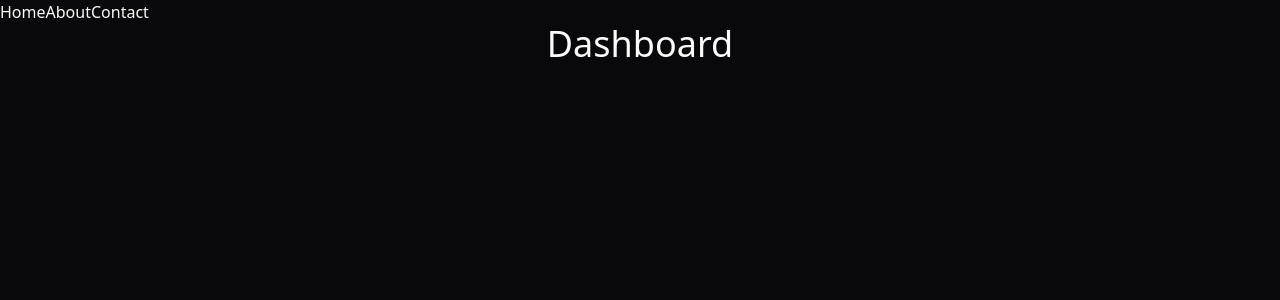
Repository: svoglimacci/recipe-app-tmp
Page: /app
These files come from the project's save history. The page is drawn as it stood at one moment and after the next save; the edit follows.
The browser window is 1280 px wide. The pictures show the whole page.
The project was rebuilt for these pictures with package versions that can differ from the ones it lists, and the page was loaded fresh each time. Also part of the build but not shown: vite.config.ts, src/components/Recipe.tsx, src/components/RecipeList.tsx, src/components/RecipeCard.tsx, src/views/Login.tsx, src/views/Landing.tsx, src/views/Home.tsx.

Above is the page before, as saved 2024-01-30 13:47:40.

### src/App.tsx
import { ThemeProvider } from "@/components/ui/theme-provider"
import { RouterProvider } from "react-router-dom"
import { router } from "@/router"

function App() {
  return (
    <ThemeProvider defaultTheme="dark" storageKey="vite-ui-theme">
    <RouterProvider router={router}/>
  </ThemeProvider>
  )
}

export default App

### src/components/ui/theme-provider.tsx
import { createContext, useContext, useEffect, useState } from "react"

type Theme = "dark" | "light" | "system"

type ThemeProviderProps = {
  children: React.ReactNode
  defaultTheme?: Theme
  storageKey?: string
}

type ThemeProviderState = {
  theme: Theme
  setTheme: (theme: Theme) => void
}

const initialState: ThemeProviderState = {
  theme: "system",
  setTheme: () => null,
}

const ThemeProviderContext = createContext<ThemeProviderState>(initialState)

export function ThemeProvider({
  children,
  defaultTheme = "system",
  storageKey = "vite-ui-theme",
  ...props
}: ThemeProviderProps) {
  const [theme, setTheme] = useState<Theme>(
    () => (localStorage.getItem(storageKey) as Theme) || defaultTheme
  )

  useEffect(() => {
    const root = window.document.documentElement

    root.classList.remove("light", "dark")

    if (theme === "system") {
      const systemTheme = window.matchMedia("(prefers-color-scheme: dark)")
        .matches
        ? "dark"
        : "light"

      root.classList.add(systemTheme)
      return
    }

    root.classList.add(theme)
  }, [theme])

  const value = {
    theme,
    setTheme: (theme: Theme) => {
      localStorage.setItem(storageKey, theme)
      setTheme(theme)
    },
  }

  return (
    <ThemeProviderContext.Provider {...props} value={value}>
      {children}
    </ThemeProviderContext.Provider>
  )
}

export const useTheme = () => {
  const context = useContext(ThemeProviderContext)

  if (context === undefined)
    throw new Error("useTheme must be used within a ThemeProvider")

  return context
}

### src/router/index.tsx
import { createBrowserRouter } from "react-router-dom";
import { Home, Login, Landing, Dashboard } from "@/views";
import { Recipe, RecipeList } from "@/components";

const router = createBrowserRouter([
  {
    path: "/",
    element: <Landing />,
  },
  {
    path: "/login",
    element: <Login />,
  },
  {
   path: "/app",
    element: <Dashboard />,
    children: [
      {
        path: "",
        element: <Home />,
      },
      {
        path: "recipes",
        element: <RecipeList />,
      },
      {
        path: "recipes/:id",
        element: <Recipe />,
      }
    ],
  }
])

export { router }

### src/views/index.tsx
import { Dashboard } from "./Dashboard";
import { Login } from "./Login";
import { Landing } from "./Landing";
import { Home } from "./Home";

export { Dashboard, Login, Landing, Home };

### src/components/index.tsx
import { Recipe } from "./Recipe";
import { RecipeList } from "./RecipeList";
import { RecipeCard } from "./RecipeCard";
import { DashboardHeader } from "./DashboardHeader";
import { MobileNav } from "./BurgerMenu";

export {
  Recipe,
  RecipeList,
  RecipeCard,
  DashboardHeader,
  MobileNav
}

### src/views/Dashboard.tsx
import { DashboardHeader } from '@/components';
import { Nav } from '@/components/Nav';


function Dashboard() {
  return (
    <>
    <div className="container relative p-0">
      <DashboardHeader />
      <div>
      <Nav />
      <main className="flex flex-col items-center justify-center">
        <h1 className="text-4xl text-primary">Dashboard</h1>
      </main>
      </div>
    </div>
    </>
  )
}

export { Dashboard };

### src/components/DashboardHeader.tsx
import { ModeToggle } from "./ui/mode-toggle";
import { MobileNav } from "./BurgerMenu";

function DashboardHeader() {
  return(

  <header className="flex sticky top-0 z-50 md:hidden bg-secondary justify-between">
    <MobileNav />
    <ModeToggle />
  </header>
  )
}

export { DashboardHeader  };

### src/components/BurgerMenu.tsx
import { Menu } from "lucide-react";
import { Sheet, SheetContent, SheetHeader, SheetTrigger } from "./ui/sheet";

import { Button } from "./ui/button";

function MobileNav() {
  return (
    <nav className="md:hidden">
    <Sheet>
  <SheetTrigger asChild><Button variant="ghost" size="icon"><Menu/></Button></SheetTrigger>
  <SheetContent side="left">
    <SheetHeader>

    </SheetHeader>
  </SheetContent>
</Sheet>
</nav>

  )
}

export { MobileNav  };

### src/components/Nav.tsx

function Nav() {
  return (
  <nav className="flex flex-row">
  <ul className="flex flex-row justify-between">
    <li className="text-primary">Home</li>
    <li className="text-primary">About</li>
    <li className="text-primary">Contact</li>
  </ul>
</nav>

  )
}

export { Nav  };

### src/components/ui/mode-toggle.tsx
import { Moon, Sun } from "lucide-react"

import { Button } from "@/components/ui/button"
import { useTheme } from "@/components/ui/theme-provider"

export function ModeToggle() {
  const { theme, setTheme } = useTheme()

  return (
    <Button
      aria-label="Toggle theme"
      onClick={() => setTheme(theme === "dark" ? "light" : "dark")}
      variant="ghost"
      size="icon"
    >
      <Sun className="h-[1.2rem] w-[1.2rem] rotate-0 scale-100 transition-all dark:-rotate-90 dark:scale-0" />
      <Moon className="absolute h-[1.2rem] w-[1.2rem] rotate-90 scale-0 transition-all dark:rotate-0 dark:scale-100" />
    </Button>
  )
}

### src/components/ui/sheet.tsx
import * as React from "react"
import * as SheetPrimitive from "@radix-ui/react-dialog"
import { cva, type VariantProps } from "class-variance-authority"
import { X } from "lucide-react"

import { cn } from "@/lib/utils"
import { Button } from "./button"

const Sheet = SheetPrimitive.Root

const SheetTrigger = SheetPrimitive.Trigger

const SheetClose = SheetPrimitive.Close

const SheetPortal = SheetPrimitive.Portal

const SheetOverlay = React.forwardRef<
  React.ElementRef<typeof SheetPrimitive.Overlay>,
  React.ComponentPropsWithoutRef<typeof SheetPrimitive.Overlay>
>(({ className, ...props }, ref) => (
  <SheetPrimitive.Overlay
    className={cn(
      "fixed inset-0 z-50 bg-black/80  data-[state=open]:animate-in data-[state=closed]:animate-out data-[state=closed]:fade-out-0 data-[state=open]:fade-in-0",
      className
    )}
    {...props}
    ref={ref}
  />
))
SheetOverlay.displayName = SheetPrimitive.Overlay.displayName

const sheetVariants = cva(
  "fixed z-50 gap-4 bg-background p-6 shadow-lg transition ease-in-out data-[state=open]:animate-in data-[state=closed]:animate-out data-[state=closed]:duration-300 data-[state=open]:duration-500",
  {
    variants: {
      side: {
        top: "inset-x-0 top-0 border-b data-[state=closed]:slide-out-to-top data-[state=open]:slide-in-from-top",
        bottom:
          "inset-x-0 bottom-0 border-t data-[state=closed]:slide-out-to-bottom data-[state=open]:slide-in-from-bottom",
        left: "inset-y-0 left-0 h-full w-3/4 border-r data-[state=closed]:slide-out-to-left data-[state=open]:slide-in-from-left sm:max-w-sm",
        right:
          "inset-y-0 right-0 h-full w-3/4  border-l data-[state=closed]:slide-out-to-right data-[state=open]:slide-in-from-right sm:max-w-sm",
      },
    },
    defaultVariants: {
      side: "right",
    },
  }
)

interface SheetContentProps
  extends React.ComponentPropsWithoutRef<typeof SheetPrimitive.Content>,
    VariantProps<typeof sheetVariants> {}

const SheetContent = React.forwardRef<
  React.ElementRef<typeof SheetPrimitive.Content>,
  SheetContentProps
>(({ side = "right", className, children, ...props }, ref) => (
  <SheetPortal>
    <SheetOverlay />
    <SheetPrimitive.Content
      ref={ref}
      className={cn(sheetVariants({ side }), className)}
      {...props}
    >
      {children}
      <SheetPrimitive.Close className="absolute right-4 top-4 rounded-sm opacity-70 ring-offset-background transition-opacity hover:opacity-100 focus:outline-none focus:ring-2 focus:ring-ring focus:ring-offset-2 disabled:pointer-events-none data-[state=open]:bg-secondary">
        <Button variant="ghost" size="icon">
        <X/>
        </Button>
        <span className="sr-only">Close</span>
      </SheetPrimitive.Close>
    </SheetPrimitive.Content>
  </SheetPortal>
))
SheetContent.displayName = SheetPrimitive.Content.displayName

const SheetHeader = ({
  className,
  ...props
}: React.HTMLAttributes<HTMLDivElement>) => (
  <div
    className={cn(
      "flex flex-col space-y-2 text-center sm:text-left",
      className
    )}
    {...props}
  />
)
SheetHeader.displayName = "SheetHeader"

const SheetFooter = ({
  className,
  ...props
}: React.HTMLAttributes<HTMLDivElement>) => (
  <div
    className={cn(
      "flex flex-col-reverse sm:flex-row sm:justify-end sm:space-x-2",
      className
    )}
    {...props}
  />
)
SheetFooter.displayName = "SheetFooter"

const SheetTitle = React.forwardRef<
  React.ElementRef<typeof SheetPrimitive.Title>,
  React.ComponentPropsWithoutRef<typeof SheetPrimitive.Title>
>(({ className, ...props }, ref) => (
  <SheetPrimitive.Title
    ref={ref}
    className={cn("text-lg font-semibold text-foreground", className)}
    {...props}
  />
))
SheetTitle.displayName = SheetPrimitive.Title.displayName

const SheetDescription = React.forwardRef<
  React.ElementRef<typeof SheetPrimitive.Description>,
  React.ComponentPropsWithoutRef<typeof SheetPrimitive.Description>
>(({ className, ...props }, ref) => (
  <SheetPrimitive.Description
    ref={ref}
    className={cn("text-sm text-muted-foreground", className)}
    {...props}
  />
))
SheetDescription.displayName = SheetPrimitive.Description.displayName

export {
  Sheet,
  SheetPortal,
  SheetOverlay,
  SheetTrigger,
  SheetClose,
  SheetContent,
  SheetHeader,
  SheetFooter,
  SheetTitle,
  SheetDescription,
}

### src/components/ui/button.tsx
import * as React from "react"
import { Slot } from "@radix-ui/react-slot"
import { cva, type VariantProps } from "class-variance-authority"

import { cn } from "@/lib/utils"

const buttonVariants = cva(
  "inline-flex items-center justify-center whitespace-nowrap rounded-md text-sm font-medium ring-offset-background transition-colors focus-visible:outline-none focus-visible:ring-2 focus-visible:ring-ring focus-visible:ring-offset-2 disabled:pointer-events-none disabled:opacity-50",
  {
    variants: {
      variant: {
        default: "bg-primary text-primary-foreground hover:bg-primary/90",
        destructive:
          "bg-destructive text-destructive-foreground hover:bg-destructive/90",
        outline:
          "border border-input bg-background hover:bg-accent hover:text-accent-foreground",
        secondary:
          "bg-secondary text-secondary-foreground hover:bg-secondary/80",
        ghost: "hover:bg-accent hover:text-accent-foreground",
        link: "text-primary underline-offset-4 hover:underline",
      },
      size: {
        default: "h-10 px-4 py-2",
        sm: "h-9 rounded-md px-3",
        lg: "h-11 rounded-md px-8",
        icon: "h-10 w-10",
      },
    },
    defaultVariants: {
      variant: "default",
      size: "default",
    },
  }
)

export interface ButtonProps
  extends React.ButtonHTMLAttributes<HTMLButtonElement>,
    VariantProps<typeof buttonVariants> {
  asChild?: boolean
}

const Button = React.forwardRef<HTMLButtonElement, ButtonProps>(
  ({ className, variant, size, asChild = false, ...props }, ref) => {
    const Comp = asChild ? Slot : "button"
    return (
      <Comp
        className={cn(buttonVariants({ variant, size, className }))}
        ref={ref}
        {...props}
      />
    )
  }
)
Button.displayName = "Button"

export { Button, buttonVariants }

Loaded but not shown: index.html (common file); src/main.tsx (common file); src/index.css (common file); src/lib/utils.ts (common file); tailwind.config.js (common file)

After the next save:
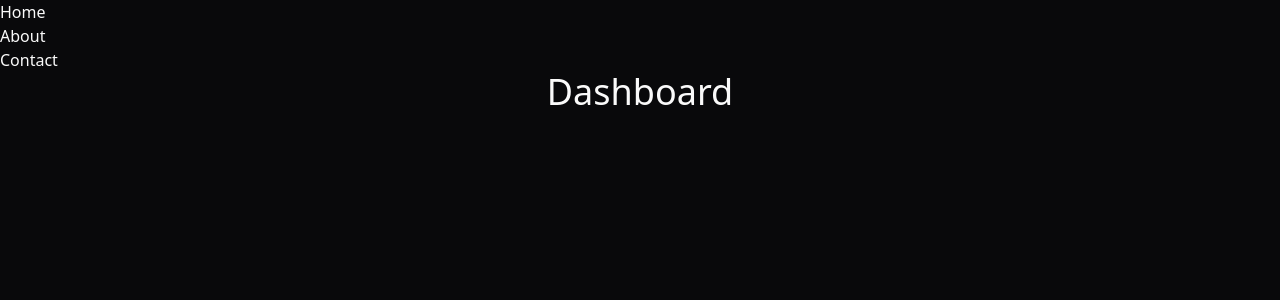
Saved 7 s later.
--- a/src/components/Nav.tsx
+++ b/src/components/Nav.tsx
@@ -2,7 +2,7 @@
 function Nav() {
   return (
   <nav className="flex flex-row">
-  <ul className="flex flex-row justify-between">
+  <ul className="flex flex-col justify-between">
     <li className="text-primary">Home</li>
     <li className="text-primary">About</li>
     <li className="text-primary">Contact</li>
